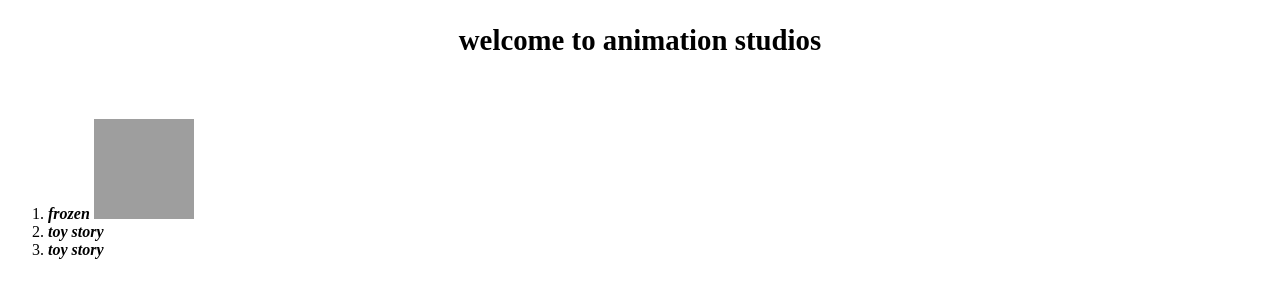
Repository: Rock-ass/New-folder--2-
Page: index.html
These files come from the project's save history. The page is drawn as it stood at one moment and after a run of saves; the edit follows.
The browser window is 1280 px wide. The pictures show the whole page.
Pictures or frames that could not be fetched are drawn as grey boxes.

Above is the page before, as saved 2021-12-24 21:24:27.

### index.html
<!DOCTYPE html>
<html lang="en">
    <html>
<head>
<meta charset="UTF-8">
<meta name="viewport" content="width=device-width, initial-scale=1.0">
<meta name= disney content="disney fan club">
<title> disney</title>
</head>
<body>
   <main>
   <section>
<big><h1 style="text-align: center;">welcome to animation studios</h1></big>
<br>
<ol>
<li>
   <strong><i>frozen</i></strong>
   <img  src ="https://i.pinimg.com/originals/57/70/b2/5770b24cdb30423f5d6070719b9b01fb.jpg"  width="100" height="100" alt="frozen">
<style>
    img{
     float: ;


    }

</style>
</li>
<li>
<strong> <i>toy story</i> </strong>
</li>
<li>
<strong><i> toy story</i></strong>
</li>




</ol>



   </section>








   </main>






</body>





















    </html>

After the next 3 saves:
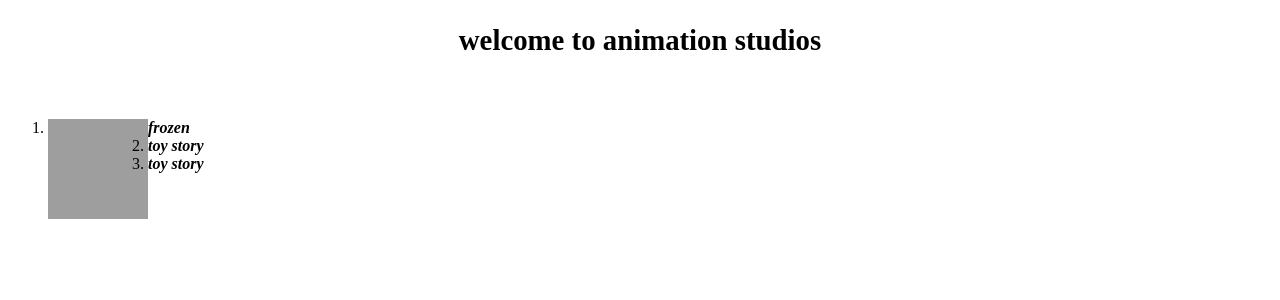
The 3 saves are shown as one change because they came seconds apart.
The last was saved 9 s later.
--- a/index.html
+++ b/index.html
@@ -18,7 +18,7 @@
    <img  src ="https://i.pinimg.com/originals/57/70/b2/5770b24cdb30423f5d6070719b9b01fb.jpg"  width="100" height="100" alt="frozen">
 <style>
     img{
-     float: ;
+     float: left;
 
 
     }
